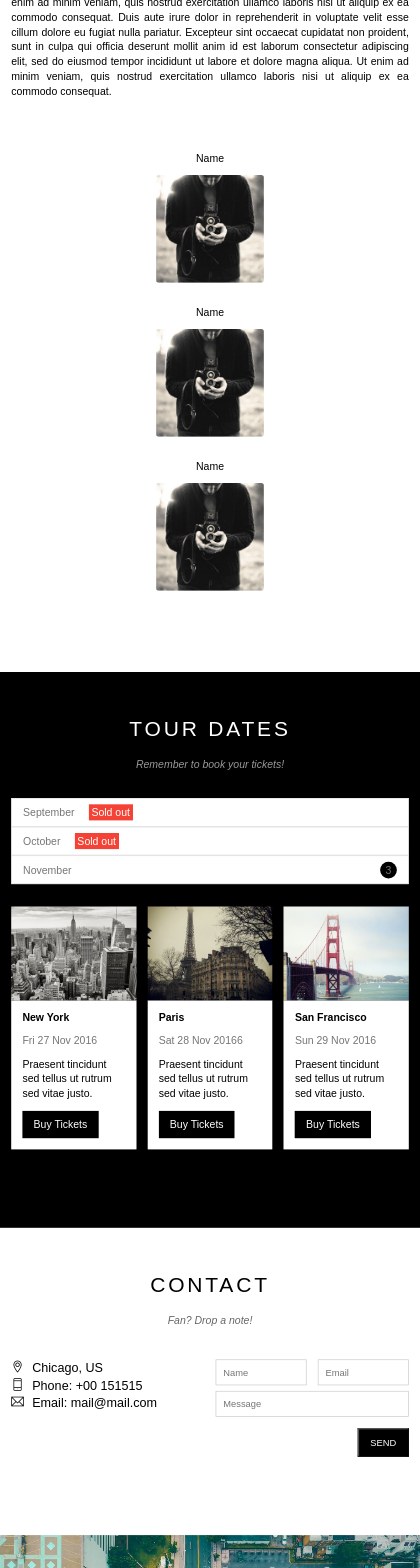
Repository: BrandonTuan777/The_Band
Page: index.html
The author's editor kept a copy of each file at every save. The page is drawn from the files as they stood at one save, then again after a run of saves.
The browser window is 600 px wide. The pictures show the part of the page from y = 560 to 2800 px (the page is 3285 px tall before and 3845 px after), at 70% of full size.

Above is the page before, as saved 2022-04-12 21:14:45.
Console error: ReferenceError: member is not defined

### index.html
<!DOCTYPE html>
<html lang="en">
  <head>
    <meta charset="UTF-8" />
    <meta http-equiv="X-UA-Compatible" content="IE=edge" />
    <meta name="viewport" content="width=device-width, initial-scale=1.0" />
    <title>The Band</title>
    <link
      rel="shortcut icon"
      type="image/jpg"
      href="./assets/img/favicon/01d1b4547ce03c3ec499c827caac4a72.jpg"
    />
    <link rel="stylesheet" href="./assets/css/styles.css" />
    <link rel="stylesheet" href="./assets/css/responsive.css" />

    <link
      rel="stylesheet"
      href="./assets//fonts/themify-icons/themify-icons.css"
    />
  </head>
  <body>
    <div id="main">
      <div id="header">
        <!-- Begin:Nav -->
        <ul id="nav">
          <li><a href="#">Home</a></li>
          <li><a href="#band">Band</a></li>
          <li><a href="#tour">Tour</a></li>
          <li><a href="#contact">Contact</a></li>
          <li>
            <a href="#">
              More
              <i class="nav-arrow-down ti-angle-down"></i>
            </a>
            <ul class="subnav">
              <li><a href="#">Merchandise</a></li>
              <li><a href="#">Extras</a></li>
              <li><a href="#">Media</a></li>
            </ul>
          </li>
        </ul>
        <!-- End:Nav -->

        <!-- Begin:Search button -->
        <div class="search-btn">
          <i class="search-icon ti-search"></i>
        </div>

        <div id="mobile-menu" class="mobile-menu-btn">
          <i class="menu-icon ti-menu"></i>
        </div>
        <!-- End:Search button -->
      </div>

      <div id="slider">
        <div class="text-content">
          <h2 class="text-heading">New York</h2>
          <div class="text-description">
            The atmosphere in New York is lorem ipsum.
          </div>
        </div>
      </div>

      <div id="content">
        <!--About section  -->
        <div id="band" class="content-section">
          <h2 class="section-heading">THE BAND</h2>
          <p class="section-sub-heading">We love music</p>
          <p class="about-text">
            We have created a fictional band website. Lorem ipsum dolor sit
            amet, consectetur adipiscing elit, sed do eiusmod tempor incididunt
            ut labore et dolore magna aliqua. Ut enim ad minim veniam, quis
            nostrud exercitation ullamco laboris nisi ut aliquip ex ea commodo
            consequat. Duis aute irure dolor in reprehenderit in voluptate velit
            esse cillum dolore eu fugiat nulla pariatur. Excepteur sint occaecat
            cupidatat non proident, sunt in culpa qui officia deserunt mollit
            anim id est laborum consectetur adipiscing elit, sed do eiusmod
            tempor incididunt ut labore et dolore magna aliqua. Ut enim ad minim
            veniam, quis nostrud exercitation ullamco laboris nisi ut aliquip ex
            ea commodo consequat.
          </p>
          <div class="row member-list">
            <div class=" member-item text-center col col-third">
              <p class="member-name">Name</p>
              <img
                class="member-img"
                src="./assets/img/team/member1.jpg"
                alt=""
              />
            </div>
            <div class=" member-item text-center col col-third">
              <p class="member-name">Name</p>
              <img
                class="member-img"
                src="./assets/img/team/member1.jpg"
                alt=""
              />
            </div>
            <div class=" member-item text-center col col-third">
              <p class="member-name">Name</p>
              <img
                class="member-img"
                src="./assets/img/team/member1.jpg"
                alt=""
              />
            </div>
          </div>
        </div>
        <!-- Tour section -->
        <div id="tour" class="tour-section">
          <div class="content-section">
            <h2 class="section-heading text-white">TOUR DATES</h2>
            <p class="section-sub-heading text-white">
              Remember to book your tickets!
            </p>
            <!-- Tickets -->
            <ul class="ticket-list">
              <li>September <span class="sold-out">Sold out</span></li>
              <li>October <span class="sold-out">Sold out</span></li>
              <li>November <span class="quantity">3</span></li>
            </ul>

            <!-- Places -->
            <div class="row places-list">
              <div class="col col-third">
                <img
                  src="./assets/img/places/places1.jpg"
                  alt=""
                  class="place-img"
                />
                <div class="place-body">
                  <h3 class="place-heading">New York</h3>
                  <p class="place-time">Fri 27 Nov 2016</p>
                  <p class="place-description">
                    Praesent tincidunt sed tellus ut rutrum sed vitae justo.
                  </p>
                  <a href="#" class="btn">Buy Tickets</a>
                </div>
              </div>
              <div class="col col-third">
                <img
                  src="./assets/img/places/places2.jpg"
                  alt=""
                  class="place-img"
                />
                <div class="place-body">
                  <h3 class="place-heading">Paris</h3>
                  <p class="place-time">Sat 28 Nov 20166</p>
                  <p class="place-description">
                    Praesent tincidunt sed tellus ut rutrum sed vitae justo.
                  </p>
                  <a href="#" class="btn">Buy Tickets</a>
                </div>
              </div>
              <div class="col col-third">
                <img
                  src="./assets/img/places/places3.jpg"
                  alt=""
                  class="place-img"
                />
                <div class="place-body">
                  <h3 class="place-heading">San Francisco</h3>
                  <p class="place-time">Sun 29 Nov 2016</p>
                  <p class="place-description">
                    Praesent tincidunt sed tellus ut rutrum sed vitae justo.
                  </p>
                  <a href="#" class="btn">Buy Tickets</a>
                </div>
              </div>
            </div>
          </div>
        </div>
        <!--Begin: Contact section -->
        <div id="contact" class="content-section">
          <h2 class="section-heading">CONTACT</h2>
          <p class="section-sub-heading">Fan? Drop a note!</p>
          <div class="row contact-content">
            <div class="col col-half contact-info">
              <p><i class="ti-location-pin"></i>Chicago, US</p>
              <p><i class="ti-mobile"></i>Phone: +00 151515</p>
              <p><i class="ti-email"></i>Email: mail@mail.com</p>
            </div>
            <div class="col col-half contact-form">
              <form action="">
                <div class="row">
                  <div class="col col-half">
                    <input
                      type="text"
                      name=""
                      id=""
                      required
                      placeholder="Name"
                      class="form-control"
                    />
                  </div>
                  <div class="col col-half">
                    <input
                      type="email"
                      name=""
                      id=""
                      required
                      placeholder="Email"
                      class="form-control"
                    />
                  </div>
                </div>
                <div class="row mt-8">
                  <div class="col col-full">
                    <input
                      type="text"
                      name=""
                      id=""
                      required
                      placeholder="Message"
                      class="form-control"
                    />
                  </div>
                </div>
                <input
                  class="pull-rigth btn mt-16"
                  type="submit"
                  value="SEND"
                />
              </form>
            </div>
          </div>
        </div>
        <!--End: Contact section -->
        <div class="map-section">
          <img src="./assets/img/map/map.jpg" alt="" />
        </div>
      </div>
      <!-- Footer -->
      <div id="footer">
        <div class="social">
          <a href=""><i class="ti-facebook"></i></a>
          <a href=""><i class="ti-instagram"></i></a>
          <a href=""><i class="ti-youtube"></i></a>
          <a href=""><i class="ti-pinterest"></i></a>
          <a href=""><i class="ti-twitter-alt"></i></a>
          <a href=""><i class="ti-linkedin"></i></a>
        </div>
        <p class="copy-right">
          Powered by
          <a href="https://www.w3schools.com/w3css/default.asp" target="_blank"
            >w3.css</a
          >
        </p>
      </div>
    </div>
    <script>
      var header = document.getElementById("header");
      var mobileMenu = document.getElementById("mobile-menu");
      var headerHeight = header.clientHeight;

      // Đóng mở mobile menu
      mobileMenu.onclick = () => {
        var isClosed = header.clientHeight === headerHeight;
        if (isClosed) {
          header.style.height = "auto";
        } else {
          header.style.height = null;
        }
      };
      //Tự động đóng
      var menuItems = document.querySelectorAll('#nav li a[href*="#"]');
      console.log(menuItems);

      for (var i = 0; i < menuItems.length; i++) {
        var menuItem = menuItems[i];

        console.log(menuItem);
        menuItem.onclick = function () {
          var isParentMenu =  this.nextElementSibling &&  this.nextElementSibling.classList.contains("subnav");
          if (isParentMenu) {
            event.preventDefault();
          } else {
            header.style.height = null;
          }
        };
      } member-item
    </script>
  </body>
</html>

### assets/css/styles.css
/* Reset CSS */
* {
  padding: 0;
  margin: 0;
  box-sizing: border-box;
}

html {
  font-family: Arial, Helvetica, sans-serif;
  scroll-behavior: smooth;
}

/* Common */
.clear {
  clear: both;
}

.text-white {
  color: #fff !important;
}

.row {
  margin-left: -8px;
  margin-right: -8px;
}

.row::after {
  content: "";
  display: block;
  clear: both;
}

.col-half {
  width: 50%;
}

.col-full {
  width: 100%;
}

.col {
  float: left;
  padding-left: 8px;
  padding-right: 8px;
}

.col-third {
  width: 33.333%;
}

.text-center {
  text-align: center !important;
}

.mt-8 {
  margin-top: 8px !important;
}

.mt-16 {
  margin-top: 16px !important;
}

.btn {
  color: #fff;
  background-color: #000;
  text-decoration: none;
  padding: 11px 16px;
  display: inline-block;
  margin-top: 15px;
}

.btn:hover {
  color: #000;
  background-color: #757575;
  border: none;
}

.pull-rigth {
  float: right !important;
}

/* Main */
#main {
}

#header {
  position: fixed;
  top: 0;
  left: 0;
  right: 0;
  height: 46px;
  background-color: #000;
  z-index: 1;

}

#nav {
  display: inline-block;
}

#nav,
.subnav {
  list-style: none;
}

#nav > li {
  display: inline-block;
}

#nav li {
  position: relative;
}

#nav > li > a {
  color: white;
  text-transform: uppercase;
}

#nav li a {
  text-decoration: none;
  line-height: 46px;
  padding: 0 24px;
  display: block;
}

#nav li:hover .subnav {
  display: block;
}

#nav .subnav li:hover a,
#nav > li:hover > a {
  color: #000;
  background-color: #ccc;
}

#nav .subnav {
  display: none;
  min-width: 160px;
  top: 100%;
  left: 0;
  position: absolute;
  background-color: #fff;
  box-shadow: 0 0 10px rgba(0, 0, 0, 0.3);
}

#nav .subnav a {
  color: #000;
  padding: 0 12px;
  line-height: 38px;
}

#nav .nav-arrow-down {
  font-size: 11px;
}

#header .mobile-menu-btn {
  position: absolute;
  top: 0;
  right: 0;
  display: none;
}

#header .mobile-menu-btn,
#header .search-btn {
  float: right;
  padding: 0 21px;
}

#header .search-btn:hover {
  background-color: red;
  cursor: pointer;
}

#header .mobile-menu-btn:hover {
  background-color: #ccc;
}

#header .mobile-menu-btn:hover .menu-icon {
  color: #000;
}

#header .menu-icon,
#header .search-icon {
  color: #ccc;
  font-size: 20px;
  line-height: 46px;
}

#slider {
  position: relative;
  margin-top: 46px;
  padding-top: 50%;
  background: url("/assets/img/slider/slider1.jpg") top center / cover no-repeat;
}

#slider .text-content {
  position: absolute;
  bottom: 47px;
  color: #fff;
  text-align: center;
  /* transform: translateX(-50%);
  left: 50%; */
  width: 100%;
}

#slider .text-heading {
  font-weight: 500;
  font-size: 25px;
}

#slider .text-description {
  font-size: 15px;
  margin-top: 25px;
}

#content {
}

#content .content-section {
  width: 800px;
  max-width: 100%;
  padding: 64px 0 112px;
  margin-left: auto;
  margin-right: auto;
  padding-left: 16px;
  padding-right: 16px;
}

#content .section-heading {
  font-size: 30px;
  text-align: center;
  font-weight: 500;
  letter-spacing: 4px;
}
#content .section-sub-heading {
  font-size: 15px;
  text-align: center;
  margin-top: 25px;
  font-style: italic;
  opacity: 0.6;
}

#content .about-text {
  margin-top: 25px;
  font-size: 15px;
  text-align: justify;
  line-height: 1.4;
}

#content .member-list {
  margin-top: 48px;
}

#content .member-item {
  text-align: center;
}

#content .member-name {
  font-size: 15px;
}

#content .member-img {
  width: 154px;
  margin-top: 15px;
  border-radius: 4px;
}

/* Tour section */
.tour-section {
  background-color: #000;
}

.ticket-list {
  margin-top: 40px;
  background-color: #fff;
}

.ticket-list li {
  font-size: 15px;
  padding: 11px 16px;
  border: 1px solid #ddd;
  color: #757575;
  list-style: none;
}

.ticket-list .sold-out {
  background-color: #f44336 !important;
  color: #fff;
  padding: 3px 4px;
  margin-left: 16px;
}

.ticket-list .quantity {
  float: right;
  width: 24px;
  height: 24px;
  background-color: #000;
  border-radius: 50%;
  text-align: center;
  line-height: 24px;
  margin-top: -3px;
}

/* Places */

.places-list {
  margin-top: 32px;
}
.place-img {
  width: 100%;
  display: block;
}
.place-img:hover {
  opacity: 0.6;
}
.place-body {
  padding: 16px;
  font-size: 15px;
  background-color: #fff;
}
.place-heading {
  font-size: 15px;
  font-weight: 600;
}
.place-time {
  margin-top: 15px;
  color: #757575;
}
.place-description {
  margin-top: 15px;
  line-height: 1.4;
}

/* Contact form */

.contact-content {
  margin-top: 48px;
}

.contact-info {
  font-size: 18px;
  line-height: 1.4;
}
.contact-info i[class*="ti-"] {
  width: 30px;
  display: inline-block;
}

.contact-form {
  font-size: 15px;
}

.contact-form .form-control {
  border: 1px solid #ccc;
  width: 100%;
  padding: 10px;
}

/* Map section */

.map-section img {
  width: 100%;
}

#footer {
  padding: 64px 16px;
  text-align: center;
}

#footer .social {
  font-size: 20px;
  margin-bottom: 20px;
}

#footer .social a {
  color: rgba(0, 0, 0, 0.6);
  text-decoration: none;
}

#footer .copy-right:hover,
#footer .social a:hover {
  color: rgba(0, 0, 0, 0.4);
}

#footer .copy-right {
  color: rgba(0, 0, 0, 0.6);
}

#footer .copy-right a {
  color: rgba(0, 0, 0, 0.6);
}

### assets/css/responsive.css
/* PC */
@media (min-width: 1024px) {
}
/* Tablet */
@media (min-width: 740px) and (max-width: 1023px) {
}
/* Mobile */

@media (max-width: 740px) {
  #header {
    overflow: hidden;
  }
  #header .mobile-menu-btn {
    display: block;
  }
  #nav li a {
    padding: 1px 24px;
  }

  #header .search-btn {
    display: none;
  }

  #nav {
    display: block;
  }

  #nav > li {
    display: block;
  }
  #nav > li:first-child {
    display: inline-block;
  }
  #nav .subnav {
    position: initial;
    background-color: #333;
  }
  #nav .subnav a {
    color: #fff;
    padding: 5px 41px;
  }

  #content .member-item{
      margin-top: 30px;
      width: 100%;
  }

}

Loaded but not shown: assets/fonts/themify-icons/themify-icons.css (common file)

After the next 4 saves:
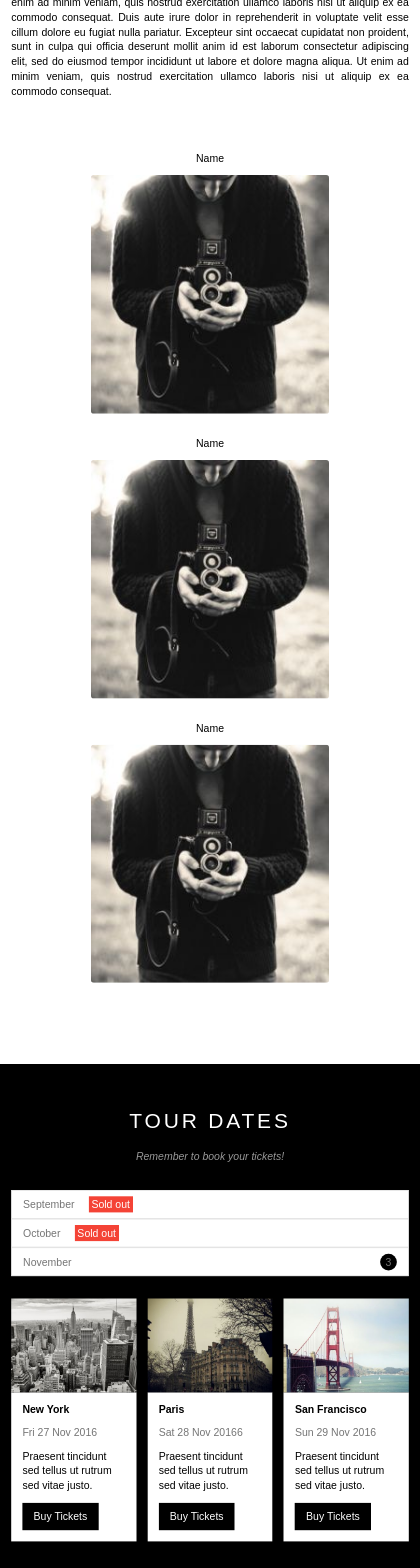
The 4 saves are shown as one change because they came seconds apart.
The last was saved 75 s later.
--- a/assets/css/responsive.css
+++ b/assets/css/responsive.css
@@ -44,5 +44,8 @@
       margin-top: 30px;
       width: 100%;
   }
+  #content .member-img{
+      width: 60%;
+  }
 
 }
